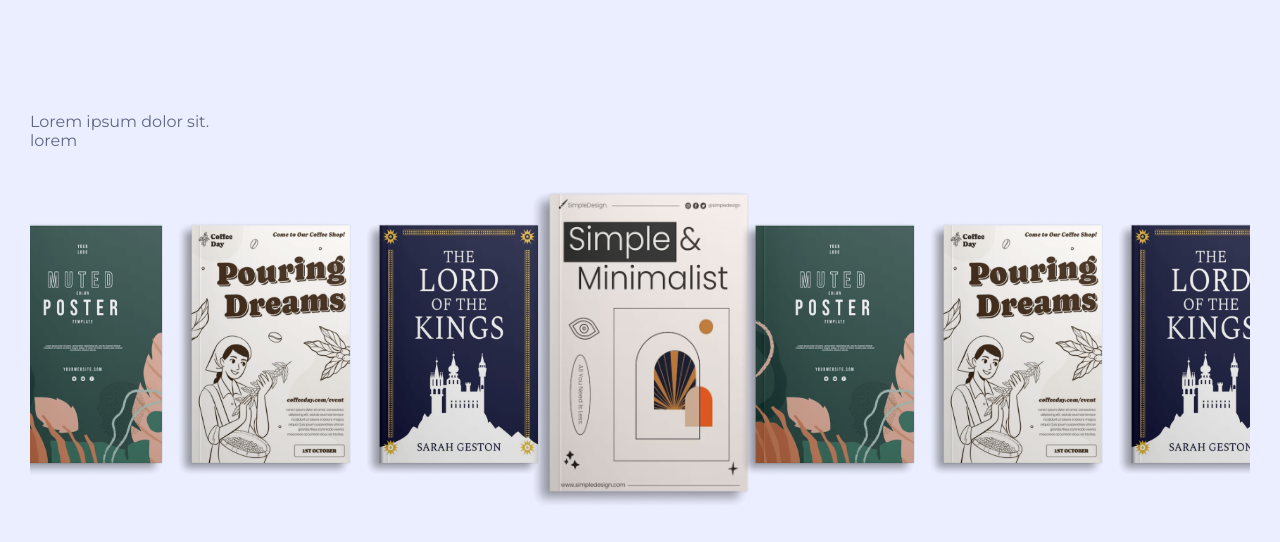
Repository: dinhhaidh/slider-book
Page: index1.html
The author's editor kept a copy of each file at every save. The page is drawn from the files as they stood at one save, then again after the next save.
The browser window is 1280 px wide. The pictures show the whole page.
Some web fonts or font styles are not loaded; a fallback is used.

Above is the page before, as saved 2024-01-15 15:33:21.

### index1.html
<!DOCTYPE html>
<html lang="en">
<head>
    <meta charset="UTF-8">
    <meta name="viewport" content="width=device-width, initial-scale=1.0">
    <title>Document</title>
    <link rel="stylesheet" href="./css/swiper-bundle.min.css">
    <link rel="stylesheet" href="./css/style.css">
</head>
<body>
    <section class="home section">
        <div class="home__container container grid">
            <div class="home__data">
                <div class="h3 home__title">Lorem ipsum dolor sit.</div>
                <p class="home__desc">lorem</p>
            </div>
            <div class="home__image">
                <div class="home__swiper swiper">
                <!-- Additional required wrapper -->
                <div class="swiper-wrapper">
                    <!-- Slides -->
                    <article class="home__article swiper-slide">
                        <img src="./img/book-1.png" alt="image" class="home__img">
                    </article>
                    <article class="home__article swiper-slide">
                        <img src="./img/book-2.png" alt="image" class="home__img">
                    </article>
                    <article class="home__article swiper-slide">
                        <img src="./img/book-3.png" alt="image" class="home__img">
                    </article>
                    <article class="home__article swiper-slide">
                        <img src="./img/book-4.png" alt="image" class="home__img">
                    </article>
                </div>
            </div>
        </div>
        </div>
    </section>


    <script src="./js/swiper-bundle.min.js"></script>
    <script src="./js/main.js"></script>

</body>
</html>

### css/style.css
/*=============== GOOGLE FONTS ===============*/
@import url("https://fonts.googleapis.com/css2?family=Montagu+Slab:wght@500&family=Montserrat:wght@400;500;600&display=swap");

/*=============== VARIABLES CSS ===============*/
:root {
  --header-height: 3.5rem;

  /*========== Colors ==========*/
  /*Color mode HSL(hue, saturation, lightness)*/
  --first-color: hsl(230, 62%, 56%);
  --title-color: hsl(230, 70%, 16%);
  --text-color: hsl(230, 16%, 45%);
  --border-color: hsl(230, 50%, 90%);
  --white-color: hsl(0, 0%, 100%);
  --body-color: hsl(230, 100%, 96%);
  --container-color: hsl(230, 100%, 97%);

  /*========== Font and typography ==========*/
  /*.5rem = 8px | 1rem = 16px ...*/
  --body-font: "Montserrat", sans-serif;
  --second-font: "Montagu Slab", serif;
  --biggest-font-size: 2rem;
  --h1-font-size: 1.5rem;
  --h2-font-size: 1.25rem;
  --h3-font-size: 1rem;
  --normal-font-size: .938rem;
  --small-font-size: .813rem;
  --smaller-font-size: .75rem;

  /*========== Font weight ==========*/
  --font-regular: 400;
  --font-medium: 500;
  --font-semi-bold: 600;

  /*========== z index ==========*/
  --z-tooltip: 10;
  --z-fixed: 100;
}

/*========== Responsive typography ==========*/
@media screen and (min-width: 1150px) {
  :root {
    --biggest-font-size: 3.5rem;
    --h1-font-size: 2.25rem;
    --h2-font-size: 1.5rem;
    --h3-font-size: 1.25rem;
    --normal-font-size: 1rem;
    --small-font-size: .875rem;
    --smaller-font-size: .813rem;
  }
}

/*=============== BASE ===============*/
* {
  box-sizing: border-box;
  padding: 0;
  margin: 0;
}

html {
  scroll-behavior: smooth;
}

body,
input,
button {
  font-family: var(--body-font);
  font-size: var(--normal-font-size);
}

body {
  background-color: var(--body-color);
  color: var(--text-color);
  transition: background-color .4s;
}

input,
button {
  border: none;
  outline: none;
}

h1, h2, h3, h4 {
  color: var(--title-color);
  font-family: var(--second-font);
  font-weight: var(--font-medium);
}

ul {
  list-style: none;
}

a {
  text-decoration: none;
}

img {
  display: block;
  max-width: 100%;
  height: auto;
}

/*=============== THEME ===============*/
/*========== Variables Dark theme ==========*/


/*==========
	Color changes in some parts of
	the website, in dark theme
==========*/


/*=============== REUSABLE CSS CLASSES ===============*/
.container {
  max-width: 1220px;
  margin-inline: 1.5rem;
}

.grid {
  display: grid;
  gap: 1.5rem;
}

.section {
  padding-block: 5rem 1rem;
}

.section__title {
  text-align: center;
  font-size: var(--h1-font-size);
  font-family: var(--second-font);
  margin-bottom: 2rem;
}

.main {
  overflow: hidden; /* For animation ScrollReveal */
}
@media screen and (min-width: 1150px) {
    .container{
        margin-inline: auto;
    }
}

/*=============== HEADER & NAV ===============*/


/* Navigation for mobile devices */


/* Add shadow header */


/* Active link */


/*=============== SEARCH ===============*/


/* Show search */


/*=============== LOGIN ===============*/


/* Show login */


/*=============== HOME ===============*/
.home__swiper{
  margin: initial;
}
.home__container{
  padding-top: 2rem;
  row-gap: 2.5rem;
}
.home__image{
  display: grid;
}
.home__article,
.home__img{
    width: 220px;
    transition: scale .4s;
}
.home__article{
    scale: .8;
}

.swiper-slide-active,
.swiper-slide-dulicate-active{
  scale: 1;
}

/* Swiper class */


/*=============== BUTTON ===============*/


/*=============== SERVICES ===============*/


/*=============== FEATURED ===============*/


/* Swiper class */


/*=============== DISCOUNT ===============*/


/*=============== NEW ===============*/


/*=============== JOIN ===============*/


/*=============== TESTIMONIAL ===============*/


/*=============== FOOTER ===============*/


/*=============== SCROLL BAR ===============*/


/*=============== SCROLL UP ===============*/


/* Show Scroll Up */


/*=============== BREAKPOINTS ===============*/
/* For small devices */


/* For medium devices */


/* For large devices */

### js/main.js
let swiperHome = new Swiper('.home__swiper', {
    loop: true,
    spaceBetween: -24,
    slidesPerView: 'auto',
    centeredSlides: 'auto',

    autoplay: {
        delay: 3000,
        disableOnInteraction: false,
    },

    breakpoints: {
        1220: {
            spaceBetween: -32,
        }
    }
});

Loaded but not shown: css/swiper-bundle.min.css (library); js/swiper-bundle.min.js (library)

After the next save:
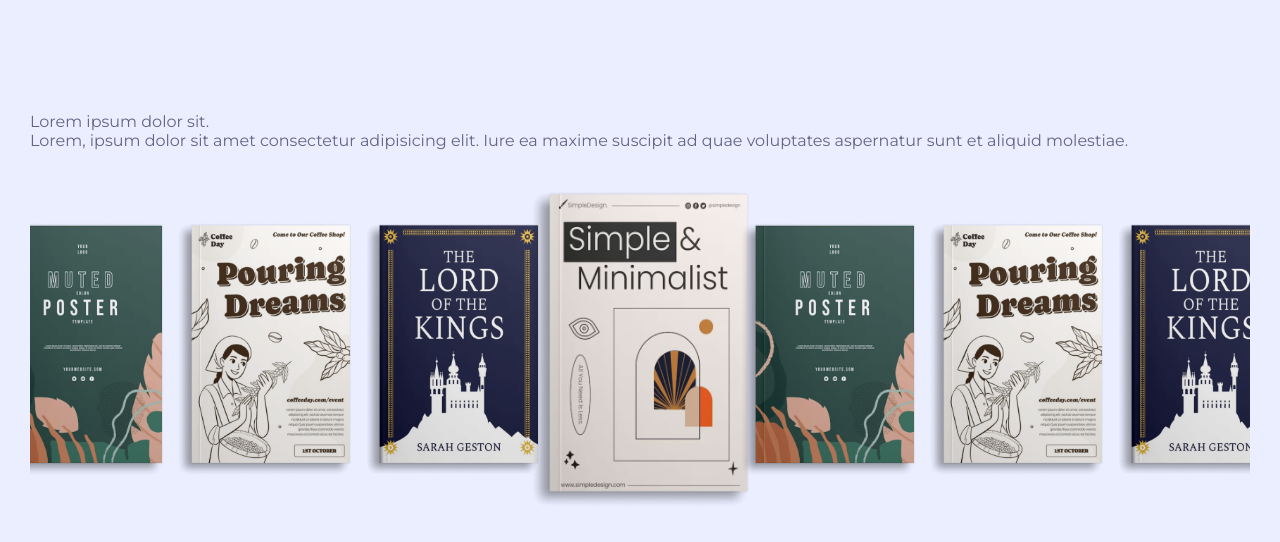
Saved 6 s later.
--- a/index1.html
+++ b/index1.html
@@ -12,7 +12,7 @@
         <div class="home__container container grid">
             <div class="home__data">
                 <div class="h3 home__title">Lorem ipsum dolor sit.</div>
-                <p class="home__desc">lorem</p>
+                <p class="home__desc">Lorem, ipsum dolor sit amet consectetur adipisicing elit. Iure ea maxime suscipit ad quae voluptates aspernatur sunt et aliquid molestiae.</p>
             </div>
             <div class="home__image">
                 <div class="home__swiper swiper">
